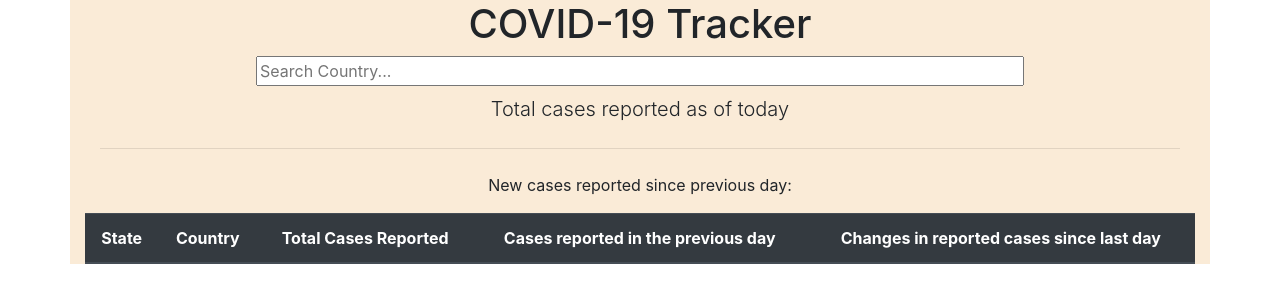
Repository: kimjuneyoung5/Bootcamp-Java
Page: http://localhost/CovidTrackingApp/WEB-INF/cases.jsp
An editor plug-in stored every save of this project. The page is shown before and after the next save, followed by the edit.
The browser window is 1280 px wide. The pictures show the whole page.
The page is served by Tomcat 9. Nobody is signed in. Other server files are loaded and not shown. The template is opened directly, without the code that normally fills it, so the values that code supplies are empty.

Above is the page before, as saved 2021-10-01 21:50:45.

### oop/CovidTrackingApp/src/main/webapp/WEB-INF/cases.jsp
<%@ page language="java" contentType="text/html; charset=UTF-8"
    pageEncoding="UTF-8"%>
<%@ taglib prefix="c" uri="http://java.sun.com/jsp/jstl/core" %>
<%@ taglib prefix="fmt" uri="http://java.sun.com/jsp/jstl/fmt" %>
<%@ taglib prefix="form" uri="http://www.springframework.org/tags/form"%>
<%@ page isErrorPage="true" %>
<!DOCTYPE html>

<html xmlns:th="http://www.thymeleaf.org">

<head>
    <title>COVID-19 Tracker</title>
    <meta http-equiv="Content-Type" content="text/html; charset=UTF-8" />
    <link rel="stylesheet" href="https://stackpath.bootstrapcdn.com/bootstrap/4.4.1/css/bootstrap.min.css" integrity="sha384-Vkoo8x4CGsO3+Hhxv8T/Q5PaXtkKtu6ug5TOeNV6gBiFeWPGFN9MuhOf23Q9Ifjh" crossorigin="anonymous">
    <style>
    	.container{
    		text-align:center;
    		background-color: antiquewhite;
    	}
    </style>
</head>

<body>
<div class="container">
<h1>COVID-19 Tracker</h1>
<form id="searchForm">
	<input type="text" id="searchText" placeholder="Search Country..." size="70px">
</form>

<div class="container">
    <h1 class="display-4"><c:out value="${totalReportedCases}"/></h1>
    <p class="lead">Total cases reported as of today</p>
    <hr class="my-4">
    <p>
        <span>New cases reported since previous day:</span>
        <span><c:out value="${totalNewCases}" /></span>
    </p>

</div>
    <table class="table table-dark">
    	<thead>
        	<tr>
            	<th>State</th>
            	<th>Country</th>
            	<th>Total Cases Reported</th>
            	<th>Cases reported in the previous day</th>
            	<th>Changes in reported cases since last day</th>
        	</tr>
        </thead>
        <tbody>
        	<c:forEach var="casesStat"  items="${casesStats}">
        		<tr>
        			<c:if test="${casesStat.provinceState == ''}">
            			<td><c:out value="${casesStat.countryRegion}"/></td>
            		</c:if>
            		<c:if test="${casesStat.provinceState != ''}">
            			<td><c:out value="${casesStat.provinceState}"/></td>
            		</c:if>
            		<td><c:out value="${casesStat.countryRegion}"/></td>
            		<td><c:out value="${casesStat.latestTotalCases}"/></td>
            		<td><c:out value="${casesStat.prevDayCases}"/></td>
            		<td><c:out value="${casesStat.diffFromPrevDay}"/></td>
        		</tr>
        	</c:forEach>
        </tbody>
    </table>
</div>
</body>

</html>

After the next save:
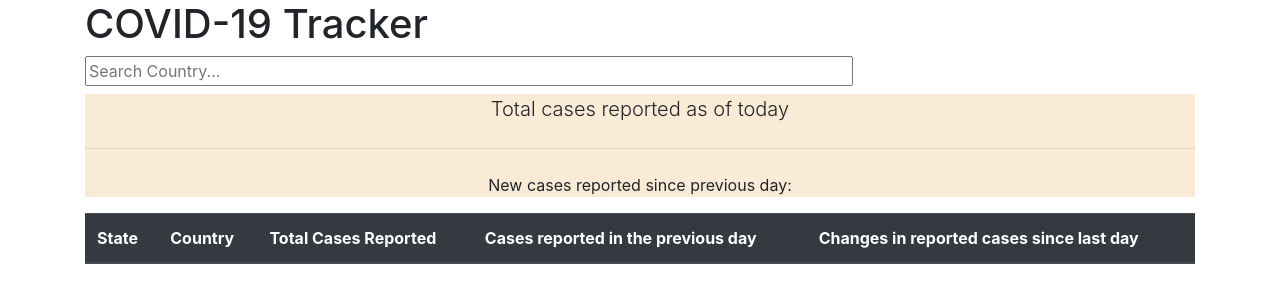
Saved 37 s later.
--- a/oop/CovidTrackingApp/src/main/webapp/WEB-INF/cases.jsp
+++ b/oop/CovidTrackingApp/src/main/webapp/WEB-INF/cases.jsp
@@ -13,7 +13,7 @@
     <meta http-equiv="Content-Type" content="text/html; charset=UTF-8" />
     <link rel="stylesheet" href="https://stackpath.bootstrapcdn.com/bootstrap/4.4.1/css/bootstrap.min.css" integrity="sha384-Vkoo8x4CGsO3+Hhxv8T/Q5PaXtkKtu6ug5TOeNV6gBiFeWPGFN9MuhOf23Q9Ifjh" crossorigin="anonymous">
     <style>
-    	.container{
+    	.container1{
     		text-align:center;
     		background-color: antiquewhite;
     	}
@@ -27,7 +27,7 @@
 	<input type="text" id="searchText" placeholder="Search Country..." size="70px">
 </form>
 
-<div class="container">
+<div class="container1">
     <h1 class="display-4"><c:out value="${totalReportedCases}"/></h1>
     <p class="lead">Total cases reported as of today</p>
     <hr class="my-4">
